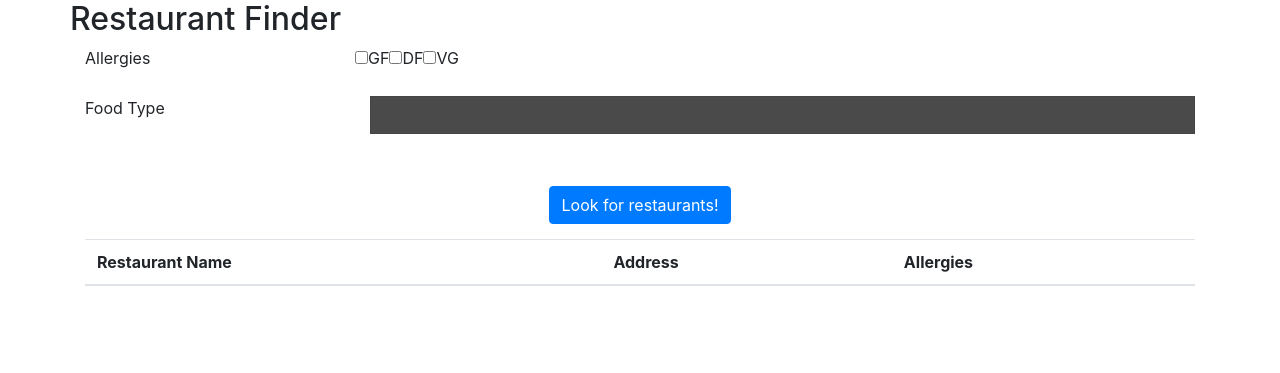
Repository: KobeRox/Loremips
Page: index.html
An editor plug-in stored every save of this project. The page is shown before and after the next save, followed by the edit.
The browser window is 1280 px wide. The pictures show the whole page.
Some web libraries are served in a nearby version.

Above is the page before, as saved 2019-09-08 17:05:33.
Console error: TypeError: Cannot read properties of undefined (reading 'fn')

After the next save:
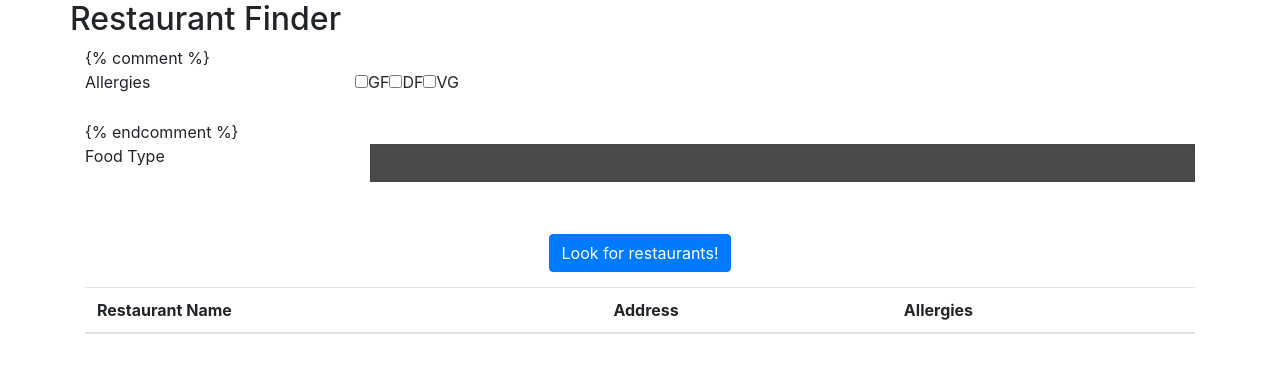
Saved 19 s later.
--- a/index.html
+++ b/index.html
@@ -54,7 +54,7 @@
             <div class="row" style="text-align: center;">
                 <h2>Restaurant Finder</h2>
             </div>
-            <div class="row" style="margin-bottom: 10px;">
+            {% comment %} <div class="row" style="margin-bottom: 10px;">
                 <div class="col-xs-3 col-md-3">
                     <p>Allergies</p>
                 </div>
@@ -73,7 +73,7 @@
                         <input type="checkbox" value="orange">VG
                     </label>
                 </div>
-            </div>
+            </div> {% endcomment %}
 
 
             <div class="row" style="margin-bottom: 50px;">
